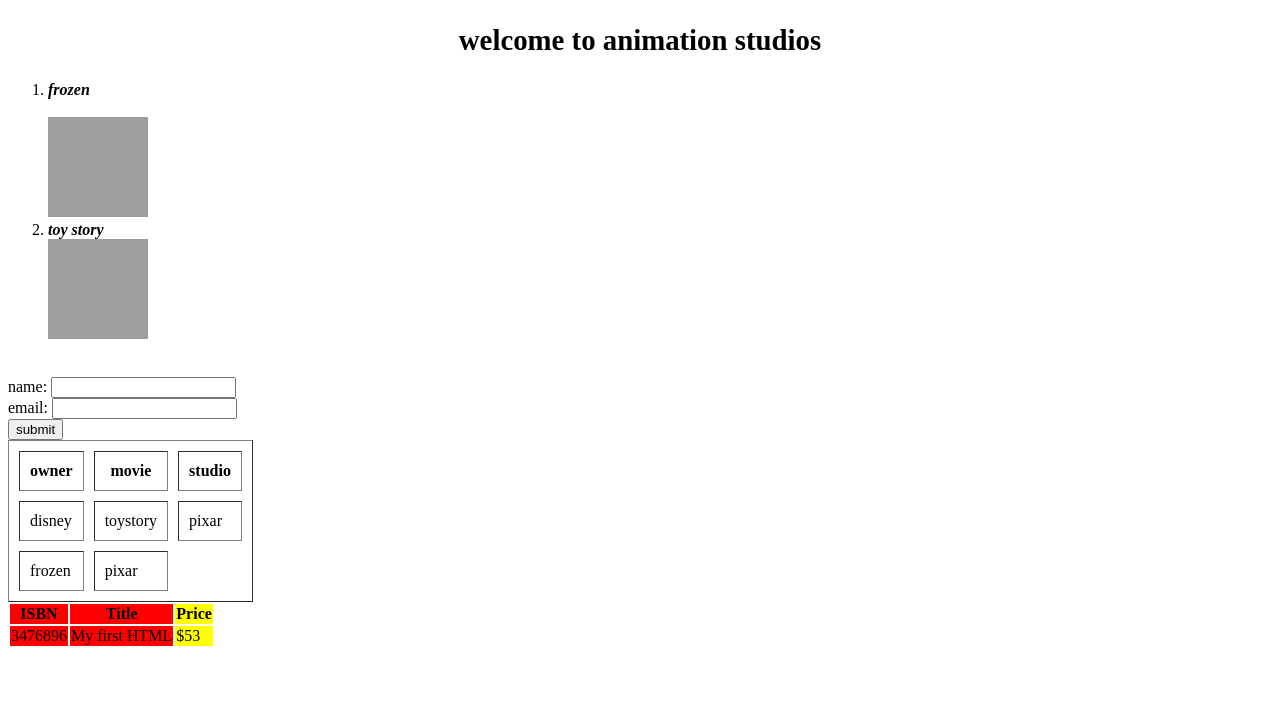
Repository: Rock-ass/New-folder--2-
Page: index.html
These files come from the project's save history. The page is drawn as it stood at one moment and after a run of saves; the edit follows.
The browser window is 1280 px wide. The pictures show the whole page.
Pictures or frames that could not be fetched are drawn as grey boxes.

Above is the page before, as saved 2021-12-24 21:52:35.

### index.html
<!DOCTYPE html>
<html lang="en">
    <html>
<head>
<meta charset="UTF-8">
<meta name="viewport" content="width=device-width, initial-scale=1.0">
<meta name= disney content="disney fan club">
<title> disney</title>
</head>
<body>
   <main>
   <section>
<big><h1 style="text-align: center;">welcome to animation studios</h1></big>

<ol>
<li>
   <strong><i>frozen</i></strong>

</li>
<br>
<img id:"img1"  src ="https://i.pinimg.com/originals/57/70/b2/5770b24cdb30423f5d6070719b9b01fb.jpg"  width="100" height="100" alt="frozen">
<style>
    img1{



    }

</style>
<br>

<li>
    <strong> <i>toy story</i> </strong>
    <br>
    <img id:"img2"  src ="https://m.media-amazon.com/images/M/MV5BMTgxOTY4Mjc0MF5BMl5BanBnXkFtZTcwNTA4MDQyMw@@._V1_FMjpg_UX1000_.jpg"  width="100" height="100" alt="frozen">
    <style>
        img2{



        }

    </style>
</li>
<br>






</ol>
<form action="results.html" method="get">
    <div>
        <label for="name">
            name:
<input type="name" id="name" required >
</label>
</div>
<div>
    <label for="email">email:
<input type="email" id="email" required >
<div>
<input type="submit" value="submit" required>
</div>
</label>
</div>

</form>

   </section>
<table cellpadding=10 border=1 cellspacing=10>
<tr>
    <th>owner</th>
<th>movie</th>
<th>
     studio
</th>

<tr>
    <td rowspan="2">disney</td>
<td>toystory</td>
<td>pixar</td>






</tr>
<colgroup>
<col >
</colgroup>
<tr>
<td>frozen</td>
<td> pixar</td>

</tr>







</table>
<table>
    <colgroup>
      <col span="2" style="background-color:red">
      <col style="background-color:yellow">
    </colgroup>
    <tr>
      <th>ISBN</th>
      <th>Title</th>
      <th>Price</th>
    </tr>
    <tr>
      <td>3476896</td>
      <td>My first HTML</td>
      <td>$53</td>
    </tr>
  </table>






   </main>






</body>

<footer>





</footer>






















    </html>

After the next 2 saves:
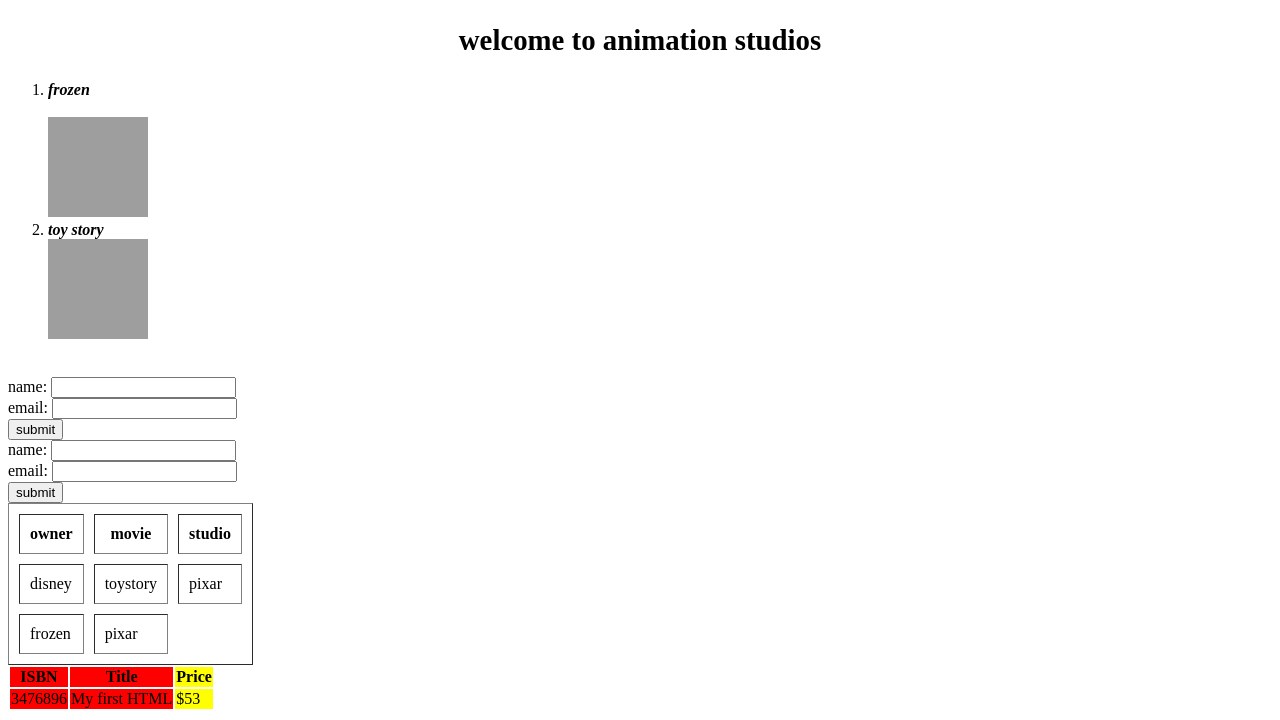
The 2 saves are shown as one change because they came seconds apart.
The last was saved 2 min 1 s later.
--- a/index.html
+++ b/index.html
@@ -50,6 +50,23 @@
 
 
 </ol>
+<form action="results.html" method="get">
+    <div>
+        <label for="name">
+            name:
+<input type="name" id="name" required >
+</label>
+</div>
+<div>
+    <label for="email">email:
+<input type="email" id="email" required >
+<div>
+<input type="submit" value="submit" required>
+</div>
+</label>
+</div>
+
+</form>
 <form action="results.html" method="get">
     <div>
         <label for="name">
